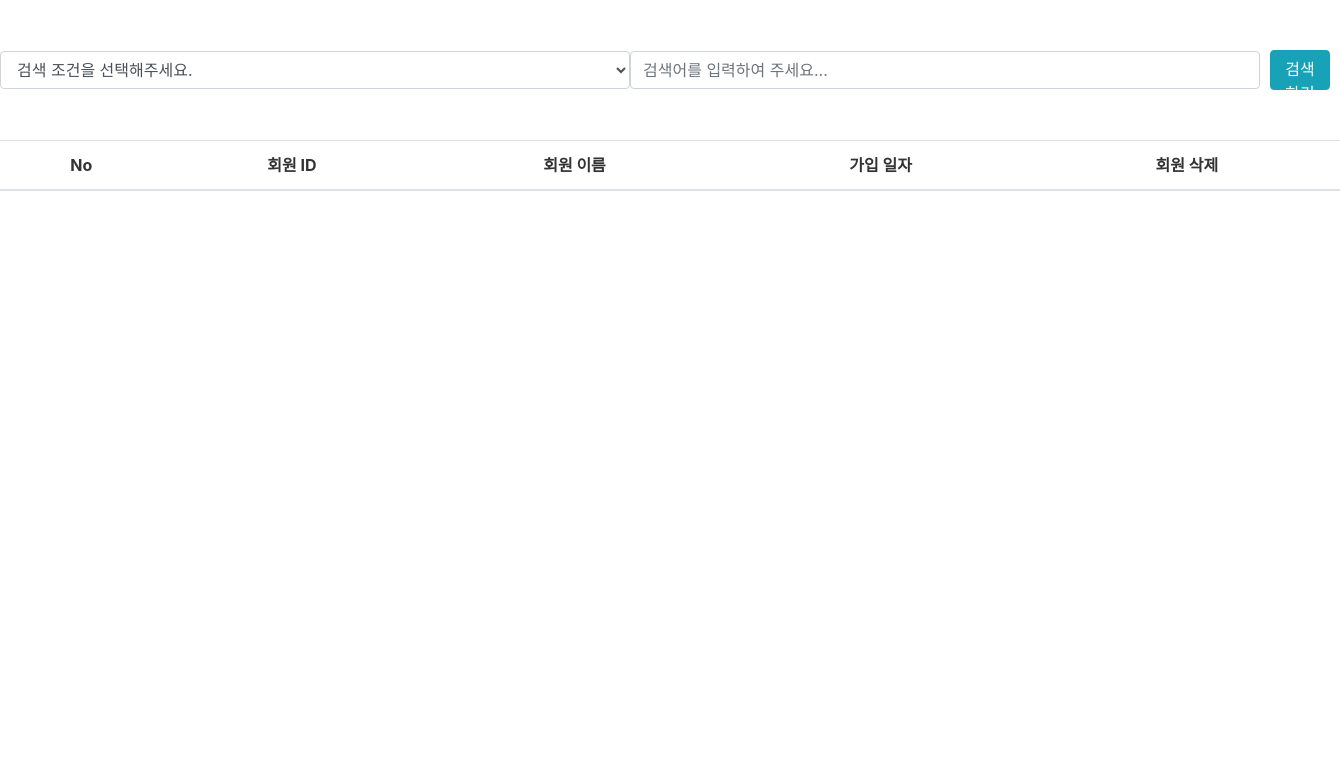
Repository: JangHyuckYun/jsp_study
Page: http://localhost/servletStudy/list.jsp
These files come from the project's save history. The page is drawn as it stood at one moment and after the next save; the edit follows.
The browser window is 1280 px wide. The page is 1340 px wide, so the pictures cover 1340 px, including what lies to the right of the window. The pictures show the whole page.
The page is served by Tomcat 9. Other server files are loaded and not shown. The template is opened directly, without the code that normally fills it, so the values that code supplies are empty.

Above is the page before, as saved 2020-09-25 05:01:52.

### user_related_simple_logic/servletStudy/WebContent/list.jsp
<%@ page language="java" contentType="text/html; charset=UTF-8"
	pageEncoding="UTF-8"%>
<%@taglib prefix="c" uri="http://java.sun.com/jstl/core_rt"%>
<%@page import="java.util.ArrayList"%>
<%@page import="java.util.List"%>

<%
	List<String[]> list = (ArrayList<String[]>) request.getAttribute("list");
%>

<!DOCTYPE html>
<html lang="ko">
<head>
<meta charset="UTF-8">
<meta name="viewport"
	content="width=device-width, user-scalable=no, initial-scale=1.0, maximum-scale=1.0, minimum-scale=1.0">
<meta http-equiv="X-UA-Compatible" content="ie=edge">
<title>list_page</title>

<!--    스타일 시트 연결-->
<link rel="stylesheet"
	href="/bootstrap-4.3.1-dist/css/bootstrap.min.css">
<link rel="stylesheet" href="/css/style.css">

<!--    script 연결-->
<script src="/js/jquery-3.5.0.min.js"></script>
<script src="/bootstrap-4.3.1-dist/js/bootstrap.min.js"></script>
</head>
<body>
	<section class="search rel">
		<div class="cover flex center align rel">
			<select name='choose' class="form-control">
				<option value="">검색 조건을 선택해주세요.</option>
				<option value="no">No</option>
				<option value="id">회원 ID</option>
				<option value="name">회원 이름</option>
				<option value="dates">가입 일자</option>
			</select>
			<input type="text" class="form-control" name="search"
				placeholder="검색어를 입력하여 주세요...">
			<button class="btn btn-info">검색하기</button>
		</div>
	</section>
	<section class="uesr_list rel">
		<div class="cover rel">
			<table class="table">
				<thead>
					<tr>
						<th>No</th>
						<th>회원 ID</th>
						<th>회원 이름</th>
						<th>가입 일자</th>
						<th>회원 삭제</th>
					</tr>
				</thead>
				<tbody>
					<c:forEach var="name" items="${list}" varStatus="status">
						<tr>
							<td>${status.count}</td>
							<td><span class='openModal' data-toggle="modal"
								data-target="#user_modal" data-idx="${status.count}"><c:out
										value="${name[0]}" /></span></td>
							<td><c:out value="${name[1]}" /></td>
							<td><c:out value="${name[3]}" /></td>
							<td>
								<button class="btn btn-info removeButton" data-id="<c:out value="${name[0]}" />">회원삭제</button>
							</td>
						</tr>
					</c:forEach>

				</tbody>
			</table>
		</div>
	</section>
	<div id="user_modal" class="modal fade" role="dialog">
		<div class="modal-dialog" role="document">
			<div class="modal-content">
				<div class="modal-header">
					<h3>회원정보 수정 팝업</h3>
					<button class="btn" onclick="$('#user_modal').modal('hide');">X</button>
				</div>
				<div class="modal-body">
					<form action="/user_modify_action" method="post">
						<div class="form-group">
							<p>이름</p>
							<input class="form-control" type="text" name="name" value="asd">
						</div>
						<div class="form-group">
							<p>아이디</p>
							<input class="form-control" type="text" name="id" value="asd">
						</div>
						<div class="form-group">
							<p>패스워드</p>
							<input class="form-control" type="password" name="pw" value="asd">
						</div>
					</form>
				</div>
			</div>
		</div>
	</div>

	<script>
	window.onload = _ => {
		let arr = [];
		 <c:forEach var="name" items="${list}" varStatus="status">
		 arr.push({idx:${status.count}, id:"<c:out value="${name[0]}" />", name:"<c:out value="${name[1]}" />", dates:"<c:out value="${name[3]}" />", pw:"<c:out value="${name[2]}" />"});
	 </c:forEach>
		console.log(arr);

		$(document)
		.on("click", ".openModal", ({ target }) => {
			let idx = $(target).data("idx");
			console.log(idx, arr.filter(v => v.idx === idx));
			$("#user_modal .modal-body form").html(arr.filter(v => v.idx === idx).map(v => `
			 <div class="form-group">
            <p>이름</p>
            <input class="form-control" type="text" name="name" value="`+v.name+`">
        </div>
         <div class="form-group">
            <p>아이디</p>
            <input class="form-control" type="text" name="id" value="`+v.id+`">
        </div>
         <div class="form-group">
            <p>패스워드</p>
            <input class="form-control" type="password" name="pw" value="`+v.pw+`">
        </div>
        <div class="modal-footer">
		<button type="button" class="btn btn-info modify_action_button">저장</button>
	</div>
					`).join(''));
		})
		.on("click", ".removeButton", e => {
			let id = $(e.target).data("id");
			console.log("remove", id);
			$.ajax({
				url: "/user/delete",
				type: 'POST',
				data: {id},
				success:function(e) {
					location.reload();
				},
				error:function(e) {
					console.log(e, "error");
				}
			})

		})
		.on("click", ".modify_action_button", e => {
			let
			id = $("[name='id']").val(),
			pw = $("[name='pw']").val(),
			name = $("[name='name']").val();

			$.ajax({
				url: "/user_modify_action",
				type: 'POST',
				data: {id, pw, name},
				success:function(e) {
					location.reload();
				},
				error:function(e) {
					console.log(e, "error");
				}
			})
		})
	}
</script>
</body>
</html>

### user_related_simple_logic/servletStudy/WebContent/css/style.css
* {
    margin: 0;
    padding: 0;
    list-style: none;
    box-sizing: border-box;
    color: #333;
    text-decoration: none;
}

html, body {
    width: 100%;
    height: 100%;
}

section {
    width: 100%;
}

.rel {
    position: relative
}

.ab {
    position: absolute;
}
.flex {
    display: flex;
}
.align {
    align-items: center;
}
.center {
    justify-content: center;
}
.cover {
    width: 1340px;
    margin: 0 auto;
    height: 100%;
}
section.search{
    margin-top: 50px;
    height: 40px;
}
section.search button {
    width: 100px;
    height: 40px;
    margin:0px 10px;
}
section.uesr_list {
    margin-top: 50px;
    text-align: center;
}
td span {
    color:#6898d8;
    cursor: pointer;
}

Loaded but not shown: user_related_simple_logic/servletStudy/WebContent/bootstrap-4.3.1-dist/css/bootstrap.min.css (library); user_related_simple_logic/servletStudy/WebContent/js/jquery-3.5.0.min.js (library); user_related_simple_logic/servletStudy/WebContent/bootstrap-4.3.1-dist/js/bootstrap.min.js (library)

After the next save:
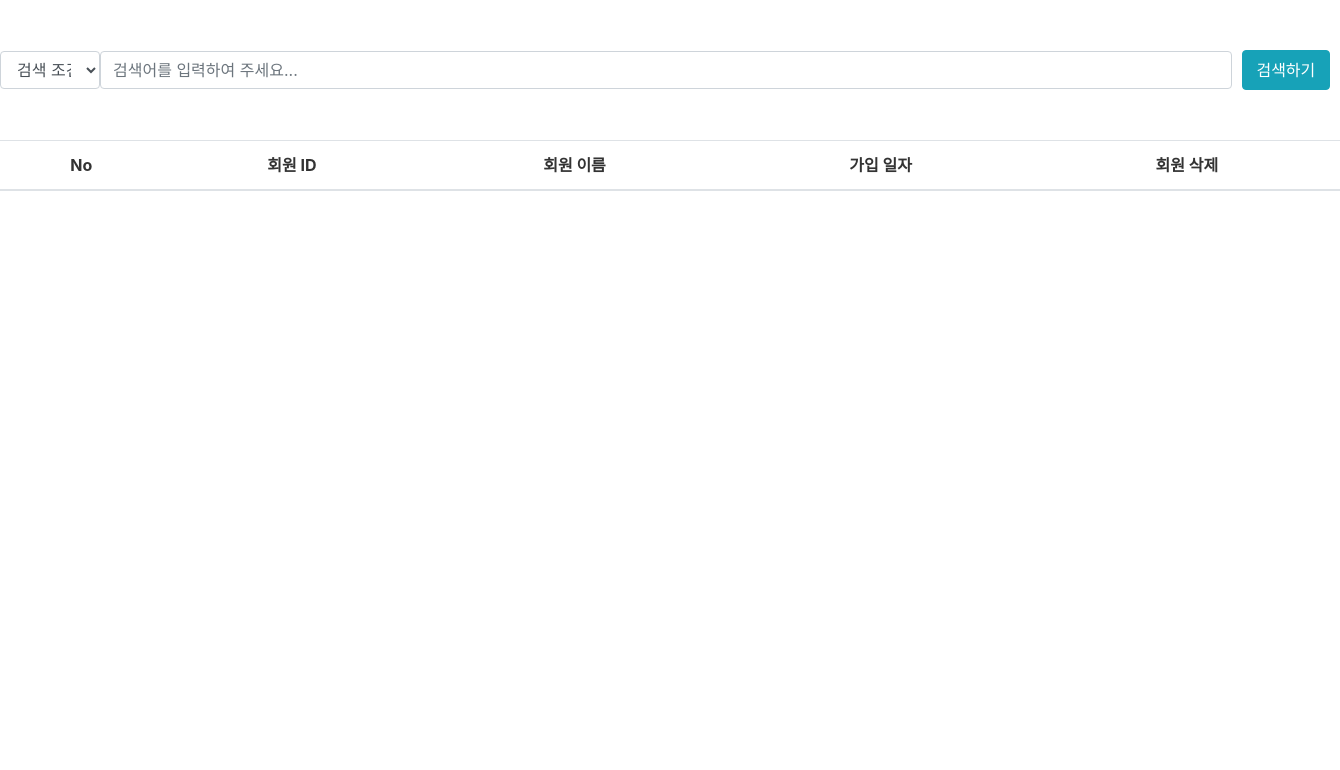
Saved 15 s later.
--- a/user_related_simple_logic/servletStudy/WebContent/list.jsp
+++ b/user_related_simple_logic/servletStudy/WebContent/list.jsp
@@ -29,7 +29,7 @@
 <body>
 	<section class="search rel">
 		<div class="cover flex center align rel">
-			<select name='choose' class="form-control">
+			<select name='choose' class="form-control" style="width:100px;">
 				<option value="">검색 조건을 선택해주세요.</option>
 				<option value="no">No</option>
 				<option value="id">회원 ID</option>
